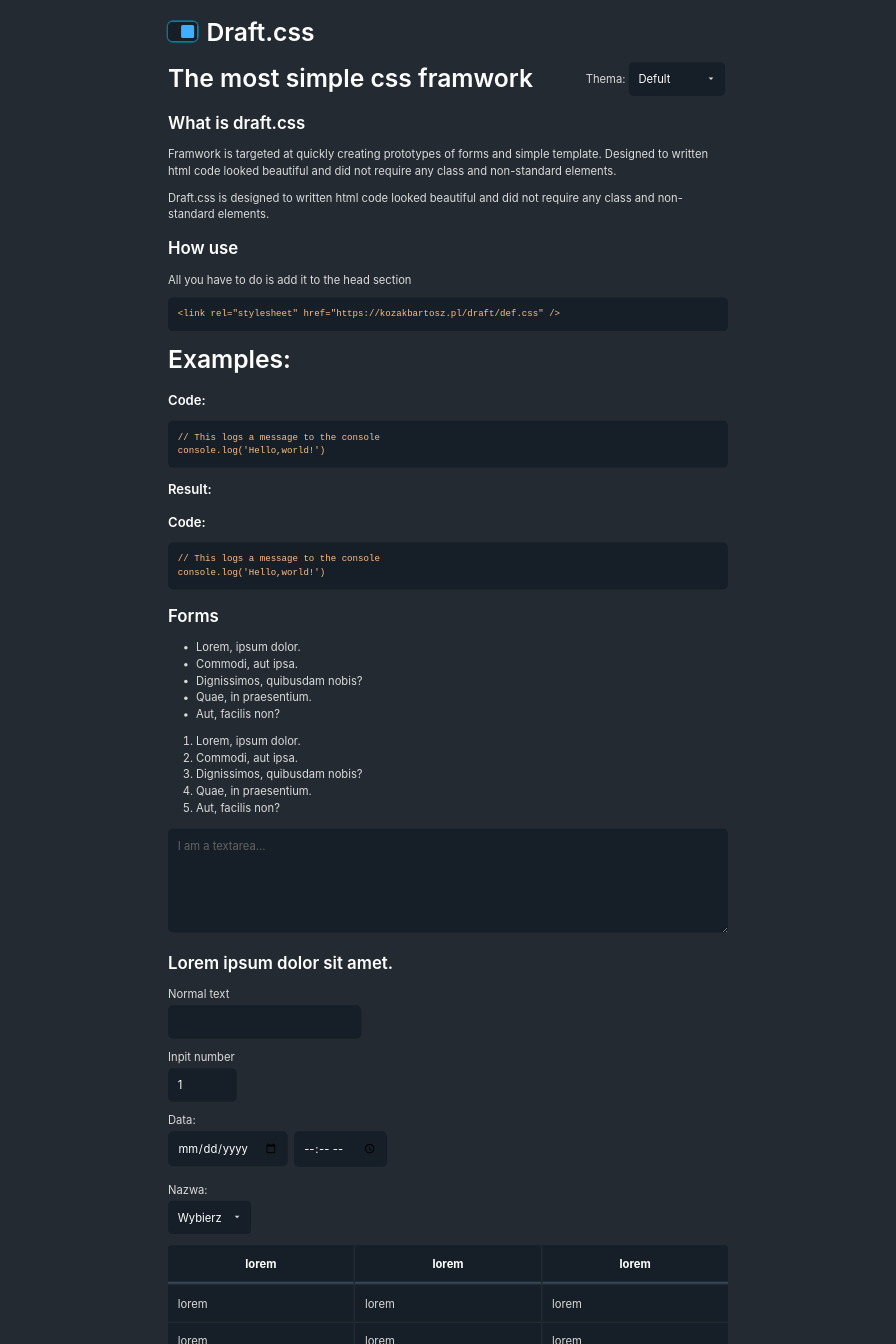
Repository: KozakBartosz/Draft
Page: index.html
The author's editor kept a copy of each file at every save. The page is drawn from the files as they stood at one save, then again after the next save.
The browser window is 1280 px wide. The pictures show the part of the page from y = 0 to 1920 px (the page is 4016 px tall before and 3954 px after), at 70% of full size.

Above is the page before, as saved 2019-04-12 08:35:53.

### index.html
<!DOCTYPE html>
<html lang="en">
	<head>
		<meta charset="UTF-8" />
		<meta name="viewport" content="width=device-width, initial-scale=1.0" />
		<meta http-equiv="X-UA-Compatible" content="ie=edge" />
		<title>Draft.css</title>
		<link rel="stylesheet" href="draft.css" />
	</head>
	<body>
		<h1><input type="checkbox" checked="checked" /> Draft.css</h1>
		<div style="float: right">
			Thema:
			<select name="" id="changethema">
				<option value="0">Defult</option>
				<option value="1">Defult mini</option>
				<option value="2">Light</option>
				<option value="3">Blood</option>
				<option value="4">Matrix</option>
			</select>
		</div>
		<h1>The most simple css framwork</h1>
		<h2>What is draft.css</h2>
		<p>
			Framwork is targeted at quickly creating prototypes of forms and
			simple template. Designed to written html code looked beautiful and
			did not require any class and non-standard elements.
		</p>
		<p>
			Draft.css is designed to written html code looked beautiful and did
			not require any class and non-standard elements.
		</p>
		<h2>How use</h2>
		<p>All you have to do is add it to the head section</p>

		<pre><code>&lt;link rel="stylesheet" href="https://kozakbartosz.pl/draft/def.css" /&gt;</code></pre>

		<h1>Examples:</h1>

		<h3>Code:</h3>
		<pre><code>// This logs a message to the console<br />console.log('Hello,world!')</code></pre>
		<h3>Result:</h3>

		<h3>Code:</h3>
		<pre><code>// This logs a message to the console<br />console.log('Hello,world!')</code></pre>

		<h2>Forms</h2>

		<ul>
			<li>Lorem, ipsum dolor.</li>
			<li>Commodi, aut ipsa.</li>
			<li>Dignissimos, quibusdam nobis?</li>
			<li>Quae, in praesentium.</li>
			<li>Aut, facilis non?</li>
		</ul>
		<ol>
			<li>Lorem, ipsum dolor.</li>
			<li>Commodi, aut ipsa.</li>
			<li>Dignissimos, quibusdam nobis?</li>
			<li>Quae, in praesentium.</li>
			<li>Aut, facilis non?</li>
		</ol>
		<textarea
			name="about"
			id="about"
			placeholder="I am a textarea..."
			rows="6"
		></textarea>
		<h2>Lorem ipsum dolor sit amet.</h2>
		<label>
			Normal text
			<input type="text" />
		</label>
		<label>
			Inpit number <input type="number" / value="1">
		</label>
		Data:
		<div>
			<input type="date" />
			<input type="time" />
		</div>
		<label>
			Nazwa:
			<select name="" id="">
				<option value="">Wybierz</option>
				<option value="">jeden</option>
				<option value="">dwa</option>
				<option value="">trzy</option>
			</select>
		</label>

		<table>
			<tr>
				<th>lorem</th>
				<th>lorem</th>
				<th>lorem</th>
			</tr>
			<tr>
				<td>lorem</td>
				<td>lorem</td>
				<td>lorem</td>
			</tr>
			<tr>
				<td>lorem</td>
				<td>lorem</td>
				<td>lorem</td>
			</tr>
		</table>

		<h3>Checkbox</h3>
		<label> <input type="checkbox" /> Ale ma kota </label>

		<label> <input type="checkbox" /> Ale ma kota2 </label>

		<label> <input type="checkbox" /> Ale ma kota3 </label>

		<h3>Radio</h3>
		<label> <input type="radio" name="radio" /> Ale ma kota </label>
		<label> <input type="radio" name="radio" /> Ale ma kota2 </label>
		<label> <input type="radio" name="radio" /> Ale ma kota3 </label>

		<hr />

		<h2>Search</h2>

		<fieldset class="search">
			<legend>Szukaj</legend>
			<form action="produkty,szukaj" method="get">
				<input
					type="text"
					name="q"
					placeholder="Wpisz czego szukasz..."
				/>
				<button>Szukaj</button>
			</form>
		</fieldset>

		<h2>Change button color by html</h2>

		<h2>Code</h2>
		<pre><code>&lt;button&gt;Exit&lt;/button&gt;<br>&lt;button style="--button: #7e1616; --buttonhover: #b40d0d;"&gt;
	Ok<br>&lt;/button&gt;</code></pre>

		<h3>result</h3>
		<button>Exit</button>
		<button style="--button: #7e1616; --buttonhover: #b40d0d;">
			Ok
		</button>

		<h2>Details</h2>

		<details>
			<summary>Szczypta detali</summary>
			<p>Informacje szczegółowe na dany temat.</p>
		</details>

		<details open>
			<summary>Jeszcze wiecej szczegółów</summary>
			<p>Tu jest jeszcze wiecej informacji szczegółowych</p>
		</details>

		<h2>Real Form</h2>

		<form>
			<label for="email">Email</label>
			<input
				type="email"
				name="email"
				id="email"
				placeholder="john.doe@gmail.com"
			/>

			<label for="id">User id (read only)</label>
			<input readonly="" name="id" id="id" value="04D6H89Z" />

			<label for="disabled">Random disabled input</label>
			<input
				disabled=""
				name="disabled"
				id="disabled"
				placeholder="Because why not?"
			/>

			<label for="about">About me</label>

			<input type="checkbox" name="remember" id="remember" checked="" />
			<label for="remember">Remember me</label>

			<input type="submit" />
		</form>

		<p>
			<strong>Lorem ipsum</strong> dolor sit,
			<a href="">amet consectetur adipisicing</a> elit.
			<i>Hic nobis</i> atque eligendi voluptatum doloribus rem praesentium
			veniam quo delectus explicabo, architecto ipsam ipsa unde vitae
			excepturi iusto nesciunt placeat ducimus.
		</p>
		<p>
			Lorem ipsum dolor sit amet consectetur adipisicing elit. Enim saepe
			quisquam delectus accusantium nam recusandae obcaecati ullam, non
			neque <a href="">commodi modi tempore </a>magni magnam. Tenetur
			officiis mollitia facere libero sint.
		</p>
		<h4>Lorem ipsum dolor sit amet.</h4>
		<p>
			Lorem ipsum dolor, sit amet consectetur adipisicing elit. Possimus,
			vero quibusdam. Rerum libero nihil aspernatur, ipsam vel voluptatem
			inventore quasi. Odit, sapiente? Delectus beatae laudantium sapiente
			cupiditate et libero? Corrupti.
		</p>

		<button>Send</button>
		<script>
			var themes = [
				[
					{ brand: "#41adff" },
					{ mainbg: "#232a31" },
					{ mainpaddng: "14px" },
					{ radius: "7px" },

					{ low: "#161f27" },
					{ like: "#2b3c4b" },
					{ midi: "#324759" },
					{ hight: "#0b7392" },

					{ text: "#dbdbdb" },
					{ textContrast: "#fff" },

					{ code: "#ffbe85" },

					{ button: "#2b3c4a" },
					{ buttonhover: "#334a5e" },
					{ buttontext: "#fff" },

					{ fillhover: "#1b2731" }
				],
				[
					{ brand: "#41adff" },
					{ mainbg: "#232a31" },
					{ mainpaddng: "12px" },
					{ radius: "12px" },

					{ low: "#161f27" },
					{ like: "#2b3c4b" },
					{ midi: "#324759" },
					{ hight: "#0b7392" },

					{ text: "#dbdbdb" },
					{ textContrast: "#fff" },

					{ code: "#ffbe85" },

					{ button: "#2b3c4a" },
					{ buttonhover: "#334a5e" },
					{ buttontext: "#fff" },

					{ fillhover: "#1b2731" }
				],
				[
					{ brand: "#41adff" },
					{ mainbg: "#ffffff" },
					{ mainpaddng: "14px" },
					{ radius: "7px" },

					{ low: "#e8f1fa" },
					{ like: "#cfe2f7" },
					{ midi: "#b2cee7" },
					{ hight: "#1db5e4" },

					{ text: "#3f4646" },
					{ textContrast: "#1a1f1f" },

					{ code: "#20595f" },

					{ button: "#3dcca1" },
					{ buttonhover: "#34e0ad" },
					{ buttontext: "#fff" },

					{ fillhover: "#e8f5ff" }
				],
				[
					{ mainpaddng: "18px" },
					{ radius: "3px" },
					{ brand: "#c21a1a" },
					{ mainbg: "#312323" },

					{ code: "#ffbe85" },

					{ text: "#dbdbdb" },
					{ textContrast: "#fff" },

					{ button: "#4a2b2b" },
					{ buttonhover: "#5e3333" },
					{ buttontext: "#fff" },

					{ fillhover: "#311b1b" },

					{ low: "#271616" },
					{ like: "#4b2b2b" },
					{ midi: "#593232" },
					{ hight: "#800f0f" }
				],
				[
					{ mainpaddng: "11px" },
					{ radius: "13px" },
					{ brand: "#1ac260" },
					{ mainbg: "#233126" },

					{ code: "#c0ff85" },

					{ text: "#dbdbdb" },
					{ textContrast: "#fff" },

					{ button: "#324a2b" },
					{ buttonhover: "#385e33" },
					{ buttontext: "#fff" },

					{ fillhover: "#1b3122" },

					{ low: "#162717" },
					{ like: "#2b4b2e" },
					{ midi: "#32593f" },
					{ hight: "#0f803a" }
				]
			];

			let changethema = document.getElementById("changethema");
			let root = document.documentElement;
			changethema.addEventListener("change", e => {
				console.log(e);
				var theme = themes[e.target.value];
				theme.forEach(element => {
					var k = Object.keys(element)[0];
					root.style.setProperty("--" + k, element[k]);
				});
			});
		</script>
	</body>
</html>

### draft.css
/* TO DO */
/* <details> */
:root {
	--brand: #41adff;
	--mainbg: #232a31;
	--mainpaddng: 14px;
	--radius: 7px;

	--low: #161f27;
	--like: #2b3c4b;
	--midi: #324759;
	--hight: #0b7392;

	--text: #dbdbdb;
	--textContrast: #fff;

	--code: #ffbe85;

	--button: #2b3c4a;
	--buttonhover: #334a5e;
	--buttontext: #fff;

	--fillhover: #1b2731;
}
/*
:root {
	--brand: #41adff;
	--mainbg: #ffffff;
	--mainpaddng: 14px;
	--radius: 7px;

	--low: #e8f1fa;
	--like: #cfe2f7;
	--midi: #b2cee7;
	--hight: #1db5e4;

	--text: #3f4646;
	--textContrast: #1a1f1f;

	--code: #20595f;

	--button: #3dcca1;
	--buttonhover: #34e0ad;
	--buttontext: #fff;

	--fillhover: #e8f5ff;
} */

/* :root {
	--mainpaddng: 18px;
	--radius: 3px;
	--brand: #c21a1a;
	--mainbg: #312323;

	--code: #ffbe85;

	--text: #dbdbdb;
	--textContrast: #fff;

	--button: #4a2b2b;
	--buttonhover: #5e3333;
	--buttontext: #fff;

	--fillhover: #311b1b;

	--low: #271616;
	--like: #4b2b2b;
	--midi: #593232;
	--hight: #800f0f;
} */

/* :root {
	--mainpaddng: 11px;
	--radius: 13px;
	--brand: #1ac260;
	--mainbg: #233126;

	--code: #c0ff85;

	--text: #dbdbdb;
	--textContrast: #fff;

	--button: #324a2b;
	--buttonhover: #385e33;
	--buttontext: #fff;

	--fillhover: #1b3122;

	--low: #162717;
	--like: #2b4b2e;
	--midi: #32593f;
	--hight: #0f803a;
} */
body {
	font-family: -apple-system, BlinkMacSystemFont, "Segoe UI", "Roboto",
		"Oxygen", "Ubuntu", "Cantarell", "Fira Sans", "Droid Sans",
		"Helvetica Neue", sans-serif;
	line-height: 1.5;
	max-width: 800px;
	margin: 20px auto;
	padding: 0 var(--mainpaddng);
	color: var(--text);
	background: var(--mainbg);
	text-rendering: optimizeLegibility;
}

label {
	display: block;
}

button,
input,
textarea {
	vertical-align: middle;
	transition: background-color 0.2s ease, box-shadow 0.2s ease,
		transform 0.2s ease;
}
h1 {
	font-size: 2.2em;
	margin-top: 0;
}
h1,
h2,
h3,
h4,
h5,
h6 {
	margin-bottom: 12px;
}
h1,
h2,
h3,
h4,
h5,
h6,
strong {
	color: var(--textContrast);
	font-weight: 600;
}
button,
input[type="submit"],
input[type="button"],
input[type="checkbox"],
input[type="radio"] {
	cursor: pointer;
	display: inline-block;
}

input,
select,
button,
textarea {
	/* display: block; */
	color: var(--textContrast);
	background-color: var(--low);
	font-family: inherit;
	font-size: inherit;
	margin: 4px 4px 6px 0;
	padding: var(--mainpaddng);
	border: none;
	border-radius: var(--radius);
	outline: none;
	-webkit-appearance: none;
}
input[type="number"] {
	max-width: calc(var(--mainpaddng) * 5);
}

button:hover,
input:hover,
select:hover,
textarea:hover,
textarea:hover {
	background-color: var(--fillhover);
}

label > input,
label > select {
	display: block;
}

textarea {
	margin-right: 0;
	width: 100%;
	box-sizing: border-box;
	resize: vertical;
}
button,
input[type="submit"],
input[type="button"] {
	color: var(--buttontext);
	background-color: var(--button);
	padding: var(--mainpaddng) calc(var(--mainpaddng) * 2);
}

select {
	padding-right: calc(var(--mainpaddng) * 3);
	background: var(--low)
		url("data:[embedded picture, 198 characters]")
		100% 50%/27px 7px no-repeat;
}

input:focus,
select:focus,
button:focus,
textarea:focus {
	background-color: var(--fillhover);
	box-shadow: 0 0 0 2px var(--hight);
}

button:focus,
input[type="submit"]:focus,
input[type="button"]:focus {
	background-color: var(--buttonhover);
}

button:hover,
input[type="submit"]:hover,
input[type="button"]:hover {
	background-color: var(--buttonhover);
	box-shadow: 0 5px 20px -5px rgba(0, 0, 0, 0.35), 0 3px 0 0 var(--button);
	transform: translateY(-3px);
}
button:active {
	transform: translateY(0px);
	box-shadow: 0 5px 20px -5px rgba(0, 0, 0, 0.35);
}

input:disabled {
	cursor: not-allowed;
	opacity: 0.5;
}

input[type="radio"],
input[type="checkbox"] {
	margin-top: -2px;
	transition: background-color 0.25s ease,
		box-shadow 0.25s cubic-bezier(0.53, 1.59, 0.51, 1);
}
input[type="checkbox"] {
	background-color: var(--like);
	width: calc(var(--mainpaddng) * 3);
	box-shadow: calc(var(--mainpaddng) * -1) 0 0 calc(var(--mainpaddng) / 3)
			var(--low) inset,
		0 0 0 calc(var(--mainpaddng) / 3) var(--low) inset;
}
input[type="checkbox"]:hover,
input[type="radio"]:hover {
	background-color: var(--midi);
}
input[type="checkbox"]:focus {
	box-shadow: calc(var(--mainpaddng) * -1) 0 0 calc(var(--mainpaddng) / 3)
			var(--low) inset,
		0 0 0 calc(var(--mainpaddng) / 3) var(--low) inset,
		0 0 0 2px var(--hight);
}

input[type="radio"] {
	border-radius: 100%;
	box-shadow: 0 0 0 calc(var(--mainpaddng) / 2) var(--low) inset;
}
input[type="checkbox"]:checked,
input[type="radio"]:checked {
	box-shadow: 0 0 0 calc(var(--mainpaddng) / 3) var(--low) inset,
		0 0 0 2px var(--hight), 0 0 0 1px var(--low);
	background-color: var(--brand);
}

input[type="checkbox"]:checked {
	box-shadow: var(--mainpaddng) 0 0 calc(var(--mainpaddng) / 3) var(--low)
			inset,
		0 0 0 calc(var(--mainpaddng) / 3) var(--low) inset,
		0 0 0 2px var(--hight);
}

::placeholder {
	color: #636363;
}
a {
	text-decoration: none;
	color: var(--hight);
}
a:hover {
	text-decoration: underline;
	color: var(--brand);
}
ul,
ol,
label,
code,
p {
	margin: var(--mainpaddng) 0;
}

code,
kbd {
	background: var(--low);
	color: var(--code);
	padding: var(--mainpaddng);
	border-radius: var(--radius);
}
/* pre {
	margin: 0 calc(var(--mainpaddng) * -1);
} */
pre > code {
	display: block;
	overflow-x: auto;
}
img {
	max-width: 100%;
}
hr {
	margin: var(--mainpaddng) 0;
	border: none;
	height: 3px;
	border-radius: calc(var(--radius) / 6);
	background: var(--midi);
}
fieldset {
	border: 3px solid var(--midi);
	border-radius: var(--radius);
}
fieldset > legend {
	font-weight: 600;
	color: var(--textContrast);
	padding: calc(var(--mainpaddng) / 2) calc(var(--mainpaddng));
}

details {
	border: 3px solid var(--midi);
	border-radius: var(--radius);
	background: var(--like);
}

table {
	/* border-collapse: collapse; */
	margin: var(--mainpaddng) -2px;
	border-radius: calc(var(--radius) + 4px);
	width: calc(100% + 4px);
	overflow: hidden;
	border-spacing: 2px;
}
td,
th {
	padding: var(--mainpaddng);
	background: var(--low);
}
th {
	border-bottom: 3px solid var(--midi);
	color: var(--textContrast);
}
tr:hover td,
tr:hover th {
	background-color: var(--fillhover);
}

After the next save:
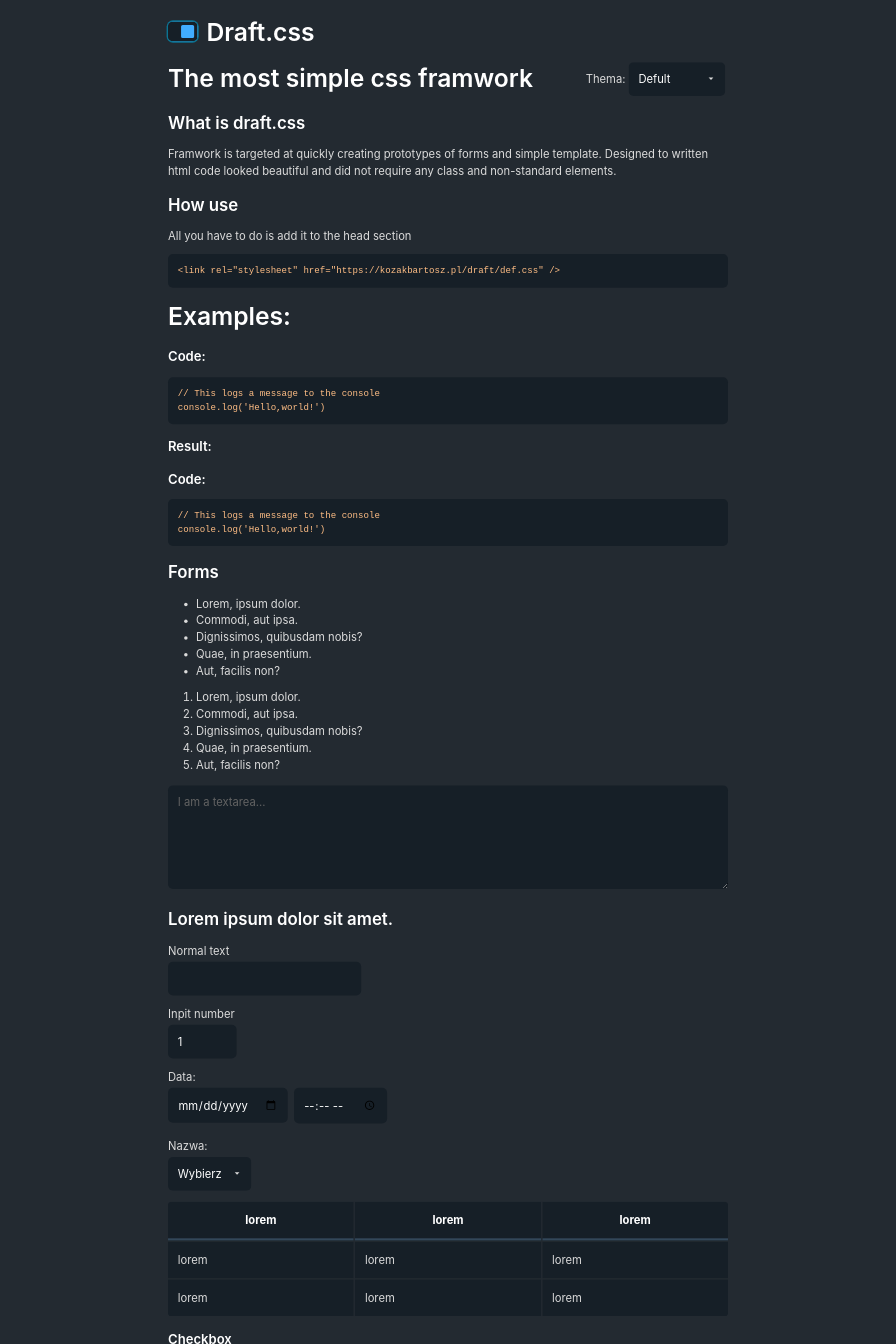
Saved 48 s later.
--- a/index.html
+++ b/index.html
@@ -25,10 +25,6 @@
 			Framwork is targeted at quickly creating prototypes of forms and
 			simple template. Designed to written html code looked beautiful and
 			did not require any class and non-standard elements.
-		</p>
-		<p>
-			Draft.css is designed to written html code looked beautiful and did
-			not require any class and non-standard elements.
 		</p>
 		<h2>How use</h2>
 		<p>All you have to do is add it to the head section</p>
